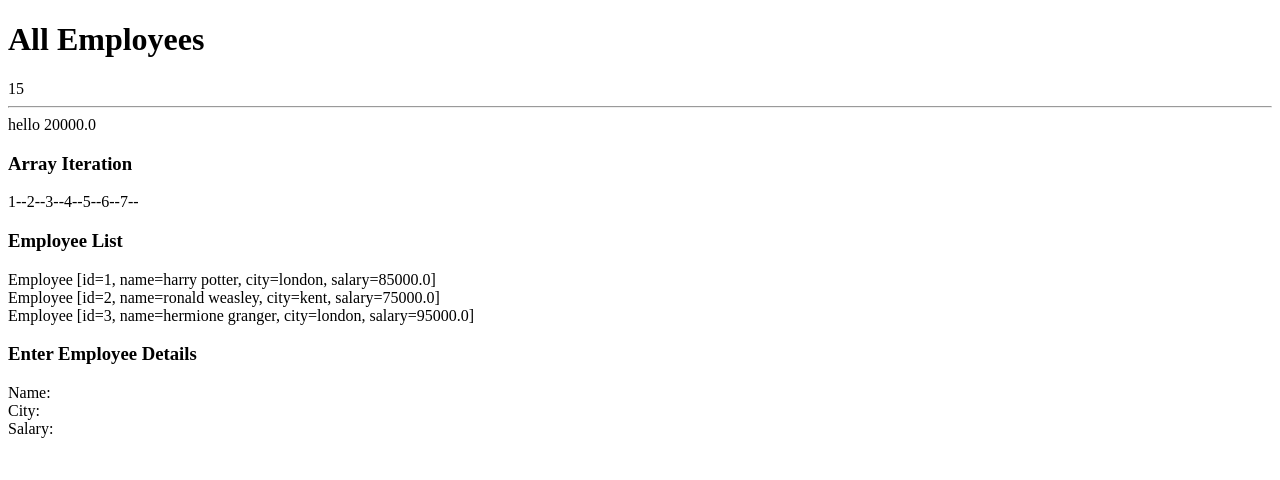
Repository: imtiyaz-hirani/cg-jan-23
Page: http://localhost/MySpringApp/employees
The author's editor kept a copy of each file at every save. The page is drawn from the files as they stood at one save, then again after the next save.
The browser window is 1280 px wide. The pictures show the whole page.
The page is served by Tomcat 9. Other server files are loaded and not shown.

Above is the page before, as saved 2023-01-12 09:24:22.

### MySpringApp/WebContent/WEB-INF/jsps/employees.jsp
<%@page import="com.spring.app.main.model.Employee"%>
<%@page import="java.util.List"%>
<%@ page language="java" contentType="text/html; charset=ISO-8859-1"
    pageEncoding="ISO-8859-1"%>
<!DOCTYPE html>
<html>
<head>
<meta charset="ISO-8859-1">
<title>Insert title here</title>
</head>
<body>
<h1>All Employees</h1>
<%
int x=5;
int y=10;
%>
<%=x+y %>
 <hr>
 <%
 	String value = (String)request.getAttribute("msg");
 	double priceVal = (double) request.getAttribute("price");

 %>
 <%=value %>
 <%=priceVal %>

 <h3>Array Iteration</h3>
 <%
 Integer[] iarry = (Integer[])request.getAttribute("iarry");

 for(Integer i :iarry){
	 out.print(i + "--");
 }
 %>

 <h3>Employee List</h3>

 <%
 	List<Employee> list = (List) request.getAttribute("list");

 	for(Employee e : list){
 		out.print(e + "<BR>");
 	}
 %>

 <h3>Enter Employee Details</h3>
 <form action="" method="">
 	<label>Name: </label> <br />
 	<label>City: </label> <br />
 	<label>Salary: </label> <br />
 </form>
</body>
</html>

<!--
Java Code
HTML Code + CSS
 -->

### MySpringApp/src/com/spring/app/main/model/Employee.java
package com.spring.app.main.model;

public class Employee {
	private int id;
	private String name;
	private String city;
	private double salary;

	public Employee() { }

	public Employee(int id, String name, String city, double salary) {
		super();
		this.id = id;
		this.name = name;
		this.city = city;
		this.salary = salary;
	}

	public int getId() {
		return id;
	}

	public void setId(int id) {
		this.id = id;
	}

	public String getName() {
		return name;
	}

	public void setName(String name) {
		this.name = name;
	}

	public String getCity() {
		return city;
	}

	public void setCity(String city) {
		this.city = city;
	}

	public double getSalary() {
		return salary;
	}

	public void setSalary(double salary) {
		this.salary = salary;
	}

	@Override
	public String toString() {
		return "Employee [id=" + id + ", name=" + name + ", city=" + city + ", salary=" + salary + "]";
	}


}

After the next save:
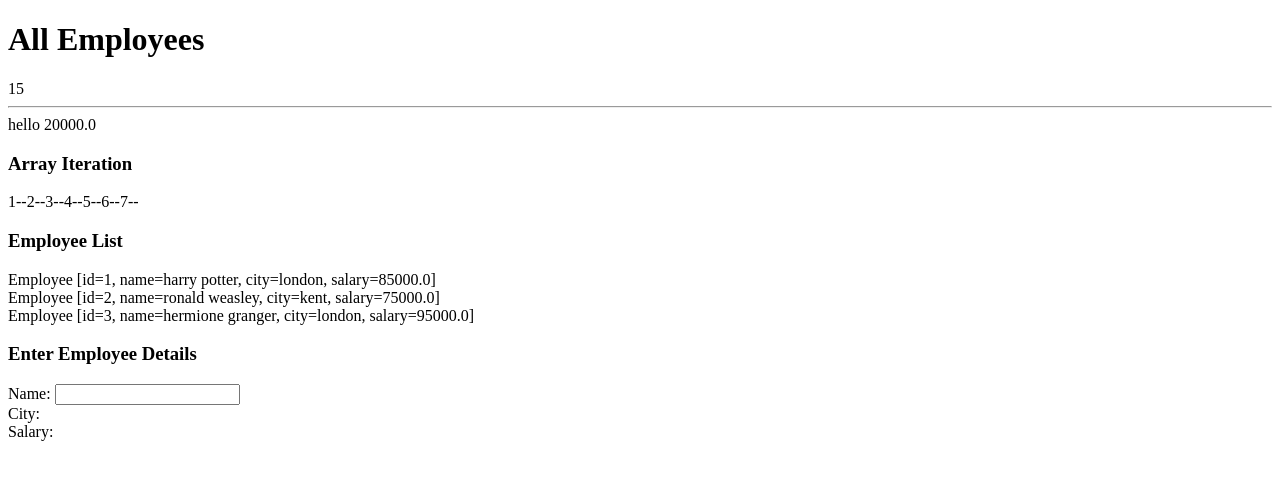
Saved 45 s later.
--- a/MySpringApp/WebContent/WEB-INF/jsps/employees.jsp
+++ b/MySpringApp/WebContent/WEB-INF/jsps/employees.jsp
@@ -45,7 +45,8 @@ int y=10;
 
  <h3>Enter Employee Details</h3>
  <form action="" method="">
- 	<label>Name: </label> <br />
+ 	<label>Name: </label>
+ 	<input type="text" > <br />
  	<label>City: </label> <br />
  	<label>Salary: </label> <br />
  </form>
